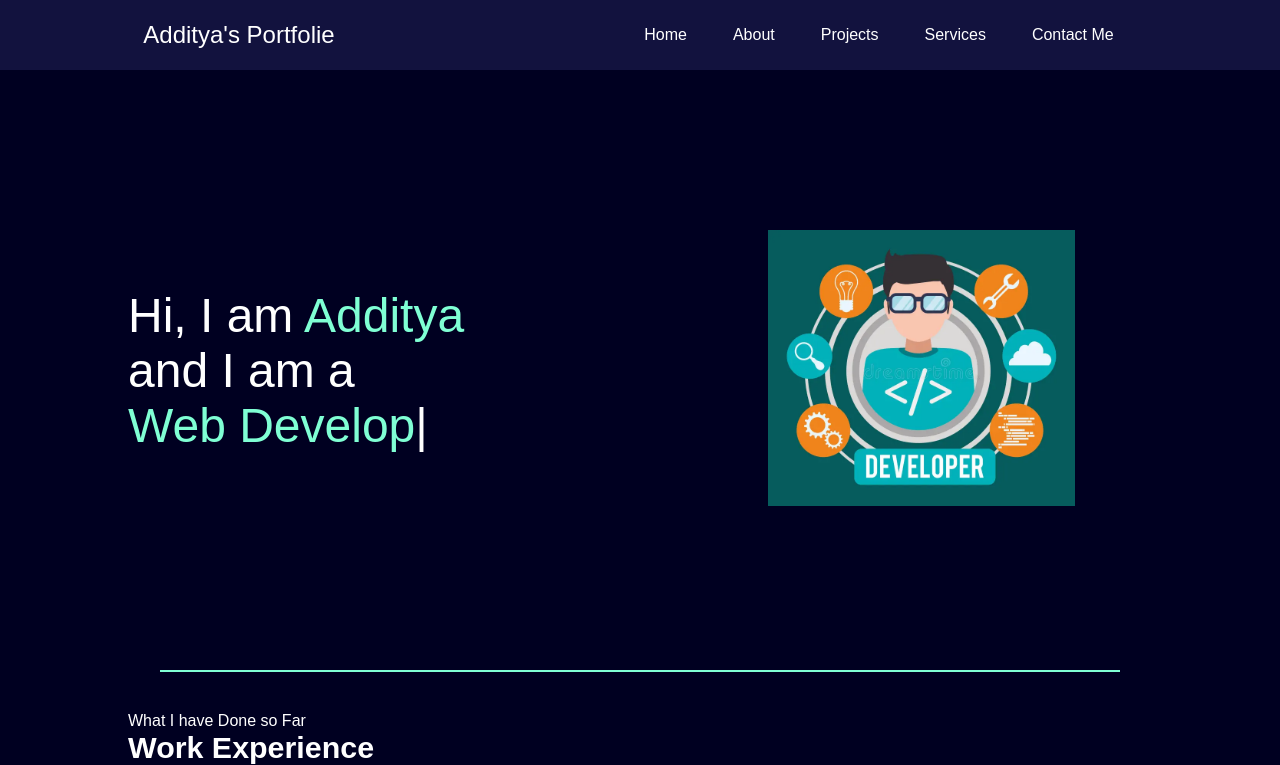
Repository: VictoriousMango/Portfolio
Page: index.html
An editor plug-in stored every save of this project. The page is shown before and after the next save, followed by the edit.
The browser window is 1280 px wide. The pictures show the whole page.

Above is the page before, as saved 2023-08-27 10:33:42.

After the next save:
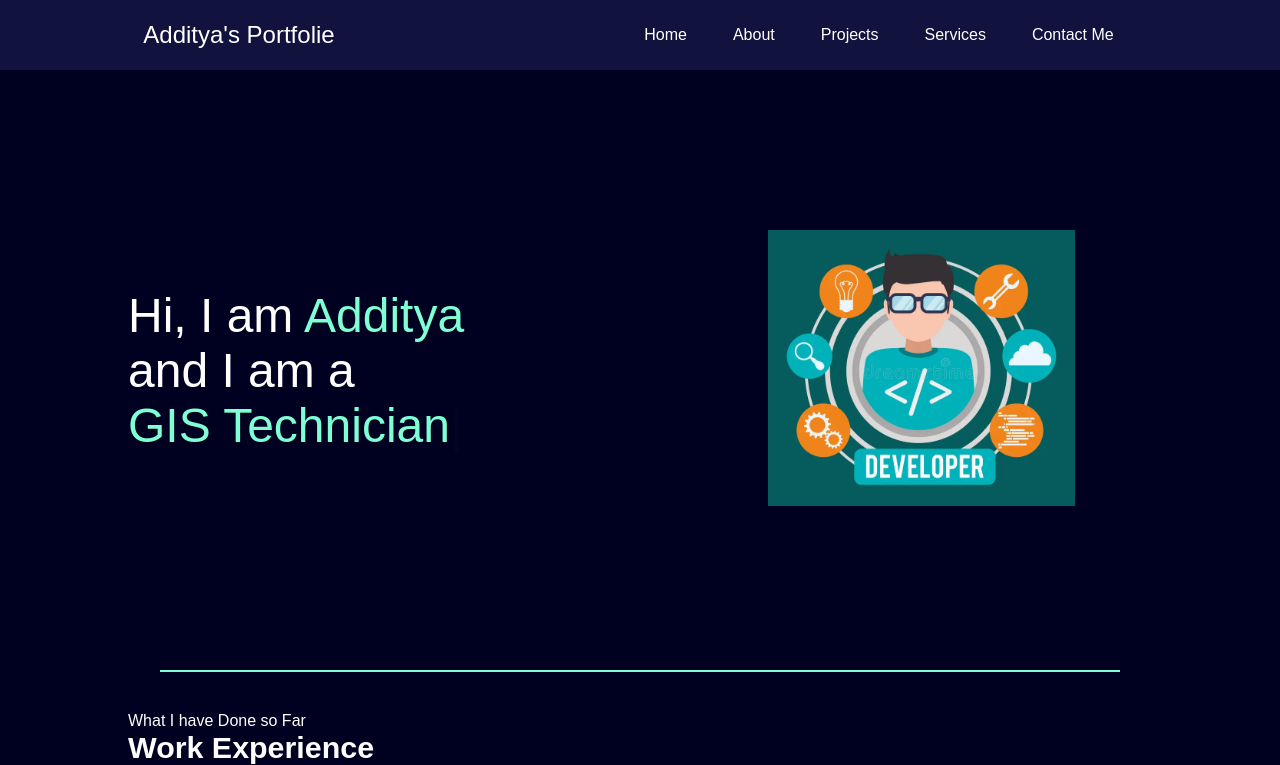
Saved 8 s later.
--- a/index.html
+++ b/index.html
@@ -134,7 +134,7 @@
             strings: ['Web Developer', 'GIS Technician', 'Spatial Data Scientist'],
             typeSpeed: 50,
             loop: true,
-            backSpeed: 500,
+            backSpeed: 50,
             backDelay: 2000
         });
     </script>
